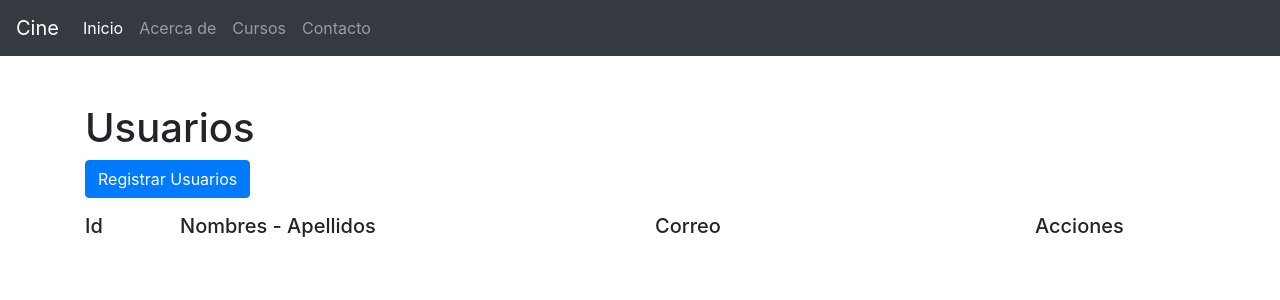
Repository: jfchirinos/EvaluacionLaboratorioT2
Page: http://localhost/peliculaList
An editor plug-in stored every save of this project. The page is shown before and after the next save, followed by the edit.
The browser window is 1280 px wide. The pictures show the whole page.
Some web libraries are served in a nearby version. The page is this project's Thymeleaf template; nobody is signed in. The template is opened directly, without the code that normally fills it, so the values that code supplies are empty.

Above is the page before, as saved 2024-02-23 12:50:16.

After the next save:
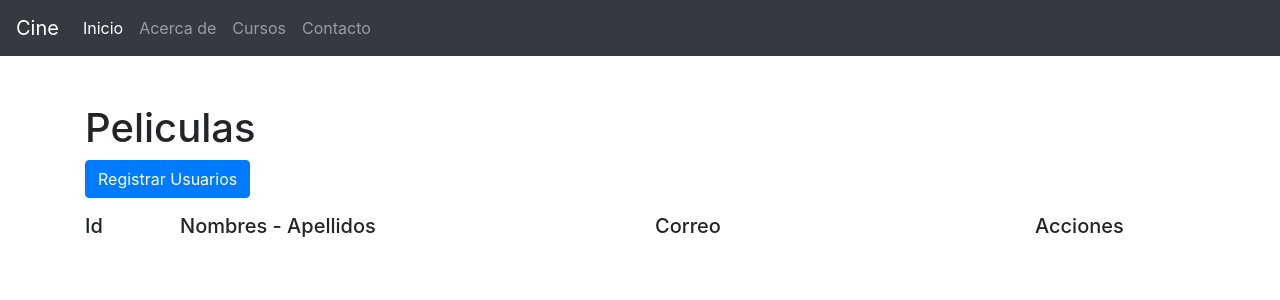
Saved 7 s later.
--- a/evaluacion-laboratorio-t2/src/main/resources/templates/peliculaList.html
+++ b/evaluacion-laboratorio-t2/src/main/resources/templates/peliculaList.html
@@ -33,7 +33,7 @@
 
 
     <div class="container mt-5">
-        <h1 class="mt-5">Usuarios</h1>
+        <h1 class="mt-5">Peliculas</h1>
         <div class="row mb-3">
             <div class="col-md-12">
                 <form action="/users/register" method="get">
